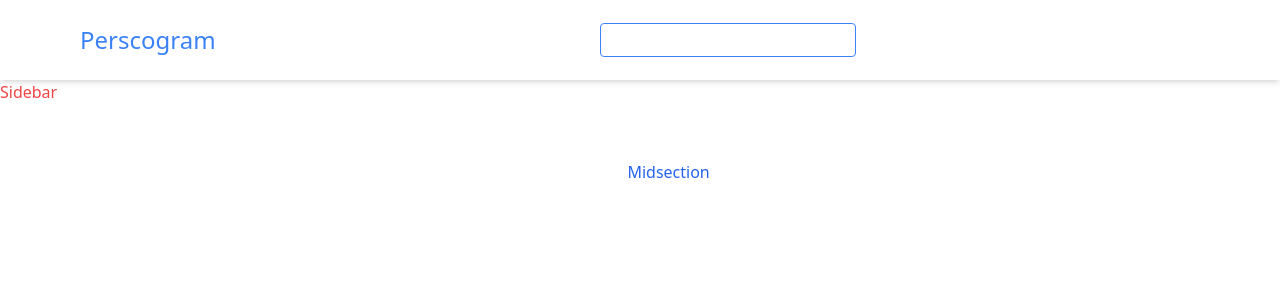
Repository: brandford7/perscogram
Page: /
The author's editor kept a copy of each file at every save. The page is drawn from the files as they stood at one save, then again after the next save.
The browser window is 1280 px wide. The pictures show the whole page.
The project was rebuilt for these pictures with package versions that can differ from the ones it lists, and the page was loaded fresh each time. The framework's server and built-in components were replaced by stand-ins that run in the browser. Also part of the build but not shown: next.config.js.

Above is the page before, as saved 2022-12-15 22:31:27.

### pages/index.js
import Head from "next/head";
import { Header, Midsection, Sidebar } from "../components";

export default function Home() {
  return (
    <>
      <Head>
        <title>Perscogram</title>
        <meta name="description" content="Generated by create next app" />
        <meta name="viewport" content="width=device-width, initial-scale=1" />
        <link rel="icon" href="/favicon.ico" />
      </Head>

      <div className=" w-screen h-screen text-black ">
        <header>
          <Header />
        </header>
        <section className="flex ">
          <aside>
            <Sidebar />
          </aside>
          <main className="flex  mx-auto">
            <Midsection />
          </main>
        </section>
      </div>
    </>
  );
}

### styles/globals.css
@tailwind base;
@tailwind components;
@tailwind utilities;

* {
  box-sizing: border-box;
  padding: 0;
  margin: 0;
}

html,
body {
  max-width: 100vw;
  overflow-x: hidden;
}

body {
  color: rbg(--foreground-rgb);
  background: linear-gradient(
      to bottom,
      transparent,
      rgb(var(--background-end-rgb))
    )
    rgb(var(--background-start-rgb));
}

a {
  color: inherit;
  text-decoration: none;
}

@media (prefers-color-scheme: dark) {
  html {
    color-scheme: dark;
  }
}

### components/index.js
export { default as Midsection } from './Midsection'
export { default as Sidebar } from './Sidebar'
export { default as Header } from './Header'
export { default as Searchbar } from './Searchbar'

### components/Midsection.jsx
import React from 'react'

const Midsection = () => {
  return (
    <div className= 'mt-20 text-blue-600'>Midsection</div>
  )
}

export default Midsection

### components/Sidebar.jsx
import React from 'react'

const Sidebar = () => {
  return (
    <div className="text-red-500">Sidebar</div>
  )
}

export default Sidebar

### components/Header.jsx
import React from "react";
import Searchbar from "./Searchbar";

const Header = () => {
  return (
    <div className="flex items-center h-20  shadow-md">
          <h1 className="text-blue-500 text-2xl ml-20">Perscogram</h1>
          <Searchbar/>
    </div>
  );
};

export default Header;

### components/Searchbar.jsx
import React from "react";

const Searchbar = () => {
  return (
    <div className="ml-96">
      <input className="border border-blue-500 rounded w-64 p-1" type="text" />
    </div>
  );
};

export default Searchbar;

Loaded but not shown: pages/_app.js (common file); pages/_document.js (common file); tailwind.config.js (common file)

After the next save:
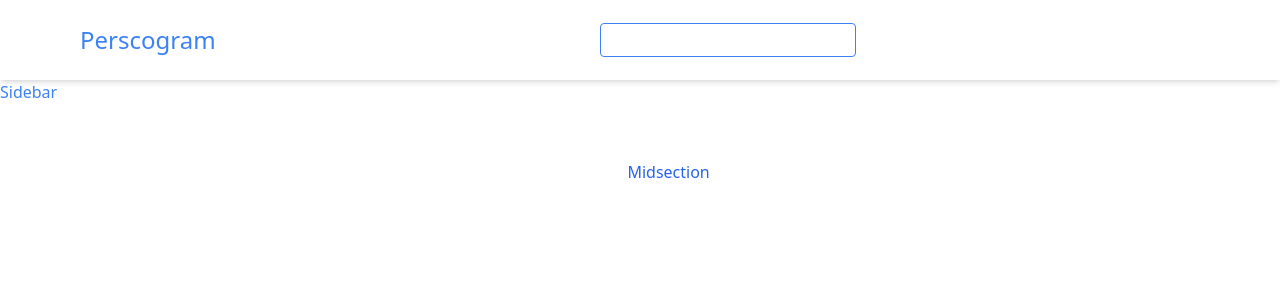
Saved 54 s later.
--- a/components/Sidebar.jsx
+++ b/components/Sidebar.jsx
@@ -2,7 +2,7 @@
 
 const Sidebar = () => {
   return (
-    <div className="text-red-500">Sidebar</div>
+    <div className="text-blue-500">Sidebar</div>
   )
 }
 
